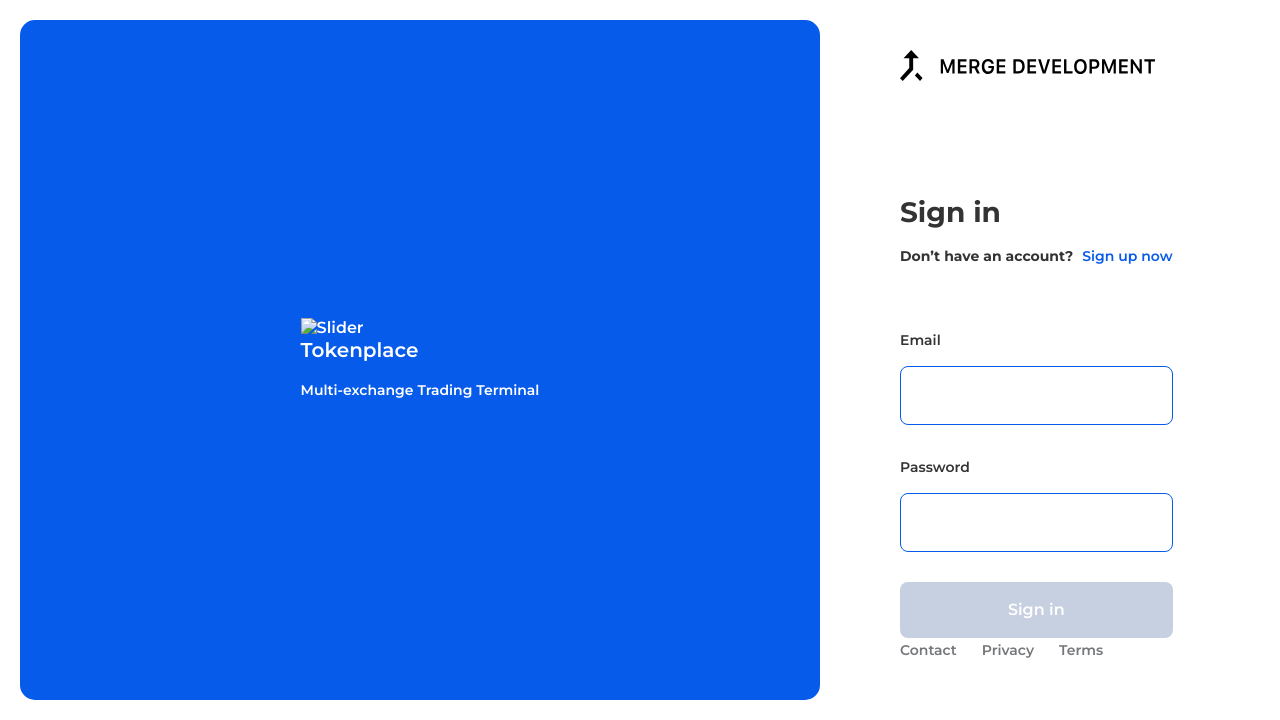
Repository: 13RedFox/form-project
Page: /
The author's editor kept a copy of each file at every save. The page is drawn from the files as they stood at one save, then again after the next save.
The browser window is 1280 px wide. The pictures show the whole page.
The project was rebuilt for these pictures with package versions that can differ from the ones it lists, and the page was loaded fresh each time.

Above is the page before, as saved 2021-08-04 18:27:02.

After the next save:
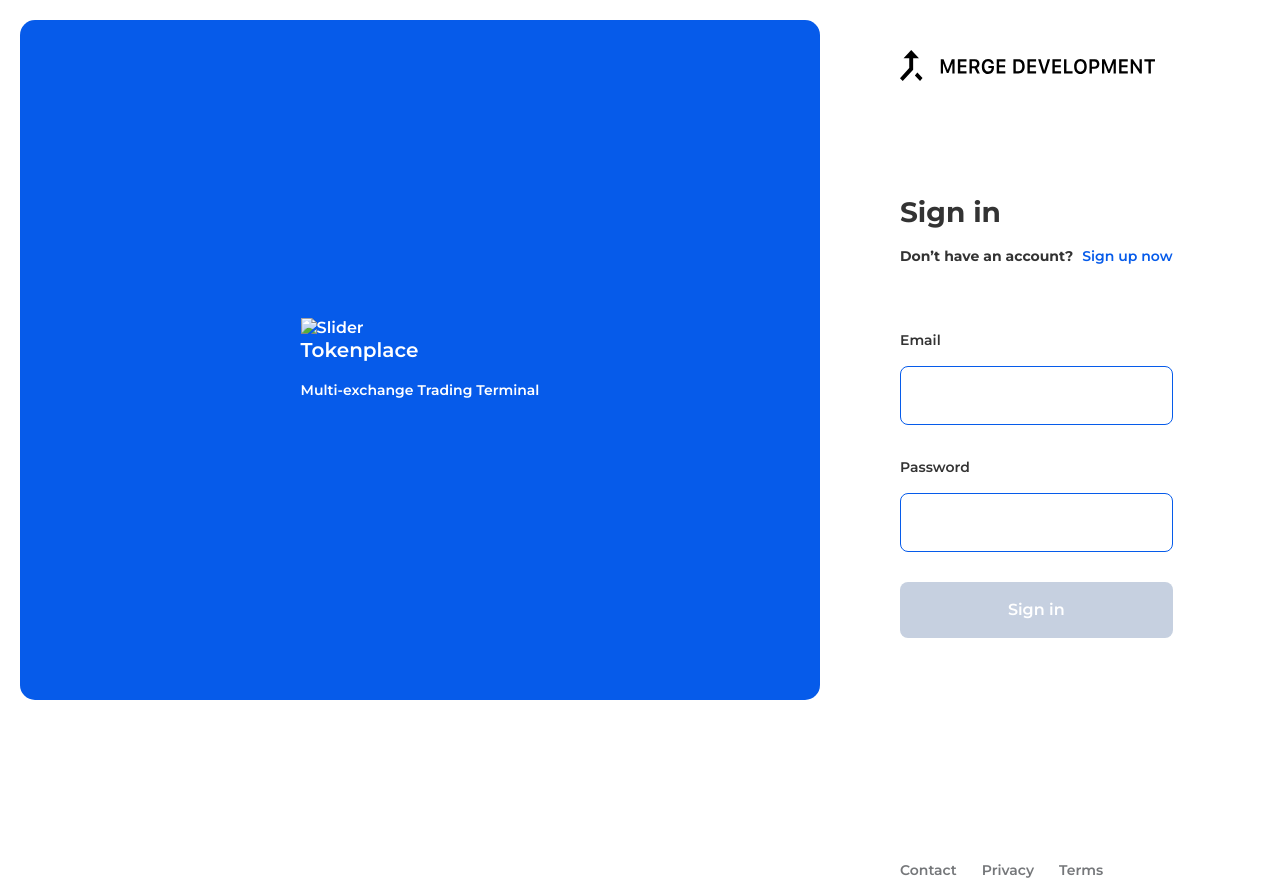
Saved 31 s later.
--- a/src/components/Form/Form.module.scss
+++ b/src/components/Form/Form.module.scss
@@ -41,6 +41,10 @@
   }
 }
 
+.privacy {
+  margin-top: 220px;
+}
+
 .privacyText {
   font-weight: 600;
   font-size: 14px;
